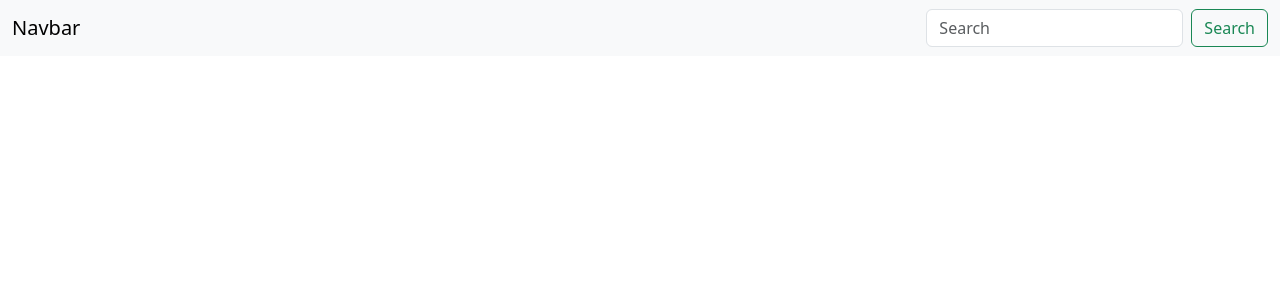
Repository: adnanyagmur/react-bootstrap-example
Page: /
The author's editor kept a copy of each file at every save. The page is drawn from the files as they stood at one save, then again after the next save.
The browser window is 1280 px wide. The pictures show the whole page.
The project was rebuilt for these pictures with package versions that can differ from the ones it lists, and the page was loaded fresh each time.

Above is the page before, as saved 2022-06-28 16:53:27.

After the next save:
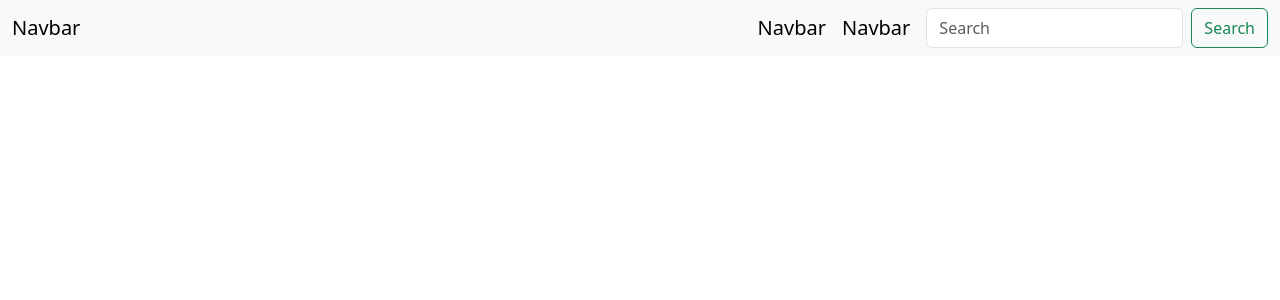
Saved 7 min 12 s later.
--- a/src/appComponents/Appbar.jsx
+++ b/src/appComponents/Appbar.jsx
@@ -7,6 +7,8 @@ const Appbar =()=>{
   <div class="container-fluid">
     <a class="navbar-brand">Navbar</a>
     <form class="d-flex" role="search">
+    <a class="navbar-brand">Navbar</a>
+    <a class="navbar-brand">Navbar</a>
       <input class="form-control me-2" type="search" placeholder="Search" aria-label="Search"/>
       <button class="btn btn-outline-success" type="submit">Search</button>
     </form>
